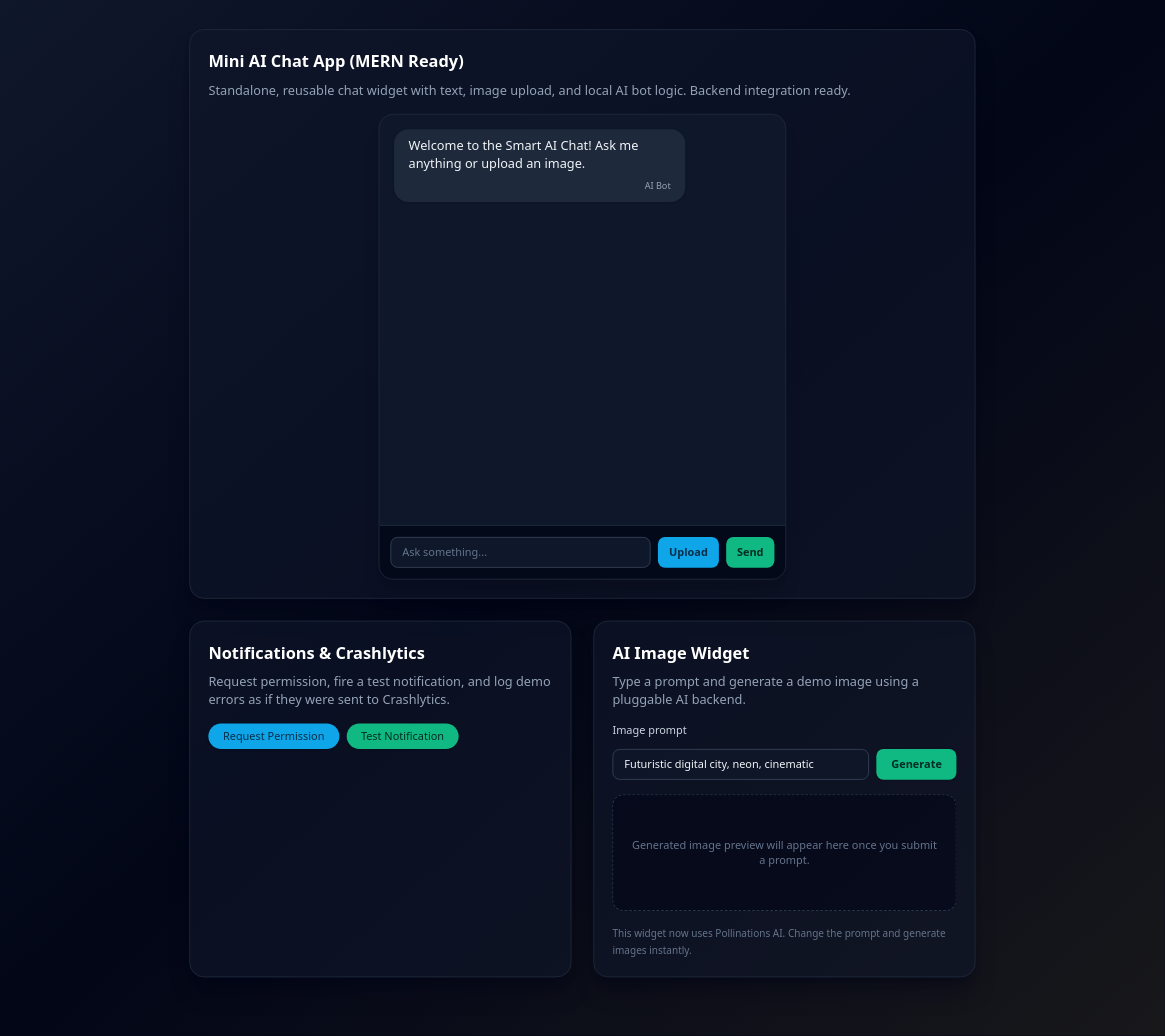
Repository: Akshad03/widget-dashboard
Page: /
The author's editor kept a copy of each file at every save. The page is drawn from the files as they stood at one save, then again after the next save.
The browser window is 1280 px wide. The pictures show the whole page, at 91% of full size.
The project was rebuilt for these pictures with package versions that can differ from the ones it lists, and the page was loaded fresh each time.

Above is the page before, as saved 2025-12-07 20:38:01.

### src/index.css
@tailwind base;
@tailwind components;
@tailwind utilities;

body {
  @apply bg-slate-950 text-slate-50 antialiased;
}

### src/App.js
import React from 'react';
import './App.css';
import NotificationDemo from './components/NotificationDemo';
import AiImageWidget from './components/AiImageWidget';
import ChatWidget from './components/ChatWidget';
import { Toaster } from 'react-hot-toast';   // ← ADD THIS

function App() {
  return (
    <div className="min-h-screen flex items-center justify-center bg-gradient-to-br from-slate-900 via-slate-950 to-zinc-900">
      <Toaster position="top-center" /> {/* ⬅️ NOTIFICATION WILL COME FROM TOP */}

      <div className="max-w-4xl w-full px-4 py-8">
        <div className="grid md:grid-cols-2 gap-6 mb-8">

          <div className="bg-slate-900/60 border border-slate-800 rounded-2xl p-5 shadow-xl shadow-slate-950/40 col-span-2">
            <h2 className="text-lg font-semibold text-white mb-2">Mini AI Chat App (MERN Ready)</h2>
            <p className="text-sm text-slate-400 mb-4">
              Standalone, reusable chat widget with text, image upload, and local AI bot logic. Backend integration ready.
            </p>
            <ChatWidget />
          </div>

          <div className="bg-slate-900/60 border border-slate-800 rounded-2xl p-5 shadow-xl shadow-slate-950/40">
            <h2 className="text-lg font-semibold text-white mb-2">Notifications & Crashlytics</h2>
            <p className="text-sm text-slate-400 mb-4">
              Request permission, fire a test notification, and log demo errors
              as if they were sent to Crashlytics.
            </p>
            <NotificationDemo />
          </div>

          <div className="bg-slate-900/60 border border-slate-800 rounded-2xl p-5 shadow-xl shadow-slate-950/40">
            <h2 className="text-lg font-semibold text-white mb-2">AI Image Widget</h2>
            <p className="text-sm text-slate-400 mb-4">
              Type a prompt and generate a demo image using a pluggable
              AI backend.
            </p>
            <AiImageWidget />
          </div>

        </div>
      </div>
    </div>
  );
}

export default App;

### src/serviceWorkerRegistration.js
// This optional code is used to register a service worker.
// register() is not called by default.

// This lets the app load faster on subsequent visits in production, and gives
// it offline capabilities. However, it also means that developers (and users)
// will only see deployed updates on subsequent visits to a page, after all the
// existing tabs open on the page have been closed, since previously cached
// resources are updated in the background.

// To learn more about the benefits of this model and instructions on how to
// opt-in, read https://cra.link/PWA

const isLocalhost = Boolean(
  window.location.hostname === 'localhost' ||
    // [::1] is the IPv6 localhost address.
    window.location.hostname === '[::1]' ||
    // 127.0.0.0/8 are considered localhost for IPv4.
    window.location.hostname.match(/^127(?:\.(?:25[0-5]|2[0-4][0-9]|[01]?[0-9][0-9]?)){3}$/)
);

export function register(config) {
  if (process.env.NODE_ENV === 'production' && 'serviceWorker' in navigator) {
    // The URL constructor is available in all browsers that support SW.
    const publicUrl = new URL(process.env.PUBLIC_URL, window.location.href);
    if (publicUrl.origin !== window.location.origin) {
      // Our service worker won't work if PUBLIC_URL is on a different origin
      // from what our page is served on. This might happen if a CDN is used to
      // serve assets; see https://github.com/facebook/create-react-app/issues/2374
      return;
    }

    window.addEventListener('load', () => {
      const swUrl = `${process.env.PUBLIC_URL}/service-worker.js`;

      if (isLocalhost) {
        // This is running on localhost. Let's check if a service worker still exists or not.
        checkValidServiceWorker(swUrl, config);

        // Add some additional logging to localhost, pointing developers to the
        // service worker/PWA documentation.
        navigator.serviceWorker.ready.then(() => {
          console.log(
            'This web app is being served cache-first by a service ' +
              'worker. To learn more, visit https://cra.link/PWA'
          );
        });
      } else {
        // Is not localhost. Just register service worker
        registerValidSW(swUrl, config);
      }
    });
  }
}

function registerValidSW(swUrl, config) {
  navigator.serviceWorker
    .register(swUrl)
    .then((registration) => {
      registration.onupdatefound = () => {
        const installingWorker = registration.installing;
        if (installingWorker == null) {
          return;
        }
        installingWorker.onstatechange = () => {
          if (installingWorker.state === 'installed') {
            if (navigator.serviceWorker.controller) {
              // At this point, the updated precached content has been fetched,
              // but the previous service worker will still serve the older
              // content until all client tabs are closed.
              console.log(
                'New content is available and will be used when all ' +
                  'tabs for this page are closed. See https://cra.link/PWA.'
              );

              // Execute callback
              if (config && config.onUpdate) {
                config.onUpdate(registration);
              }
            } else {
              // At this point, everything has been precached.
              // It's the perfect time to display a
              // "Content is cached for offline use." message.
              console.log('Content is cached for offline use.');

              // Execute callback
              if (config && config.onSuccess) {
                config.onSuccess(registration);
              }
            }
          }
        };
      };
    })
    .catch((error) => {
      console.error('Error during service worker registration:', error);
    });
}

function checkValidServiceWorker(swUrl, config) {
  // Check if the service worker can be found. If it can't reload the page.
  fetch(swUrl, {
    headers: { 'Service-Worker': 'script' },
  })
    .then((response) => {
      // Ensure service worker exists, and that we really are getting a JS file.
      const contentType = response.headers.get('content-type');
      if (
        response.status === 404 ||
        (contentType != null && contentType.indexOf('javascript') === -1)
      ) {
        // No service worker found. Probably a different app. Reload the page.
        navigator.serviceWorker.ready.then((registration) => {
          registration.unregister().then(() => {
            window.location.reload();
          });
        });
      } else {
        // Service worker found. Proceed as normal.
        registerValidSW(swUrl, config);
      }
    })
    .catch(() => {
      console.log('No internet connection found. App is running in offline mode.');
    });
}

export function unregister() {
  if ('serviceWorker' in navigator) {
    navigator.serviceWorker.ready
      .then((registration) => {
        registration.unregister();
      })
      .catch((error) => {
        console.error(error.message);
      });
  }
}

### src/components/NotificationDemo.js
import React, { useCallback, useState } from 'react';
import toast from 'react-hot-toast';

function hasNotificationSupport() {
  return typeof window !== 'undefined' && 'Notification' in window;
}

const NotificationDemo = () => {
  const [permission, setPermission] = useState(() => {
    if (!hasNotificationSupport()) return 'unsupported';
    return Notification.permission;
  });

  const requestPermission = useCallback(async () => {
    try {
      const result = await Notification.requestPermission();
      setPermission(result);
      toast(result === "granted" ? "Permission granted" : "Permission denied");
    } catch (error) {
      toast.error("Error requesting notification permission");
    }
  }, []);

  const sendTestNotification = useCallback(() => {
    toast.success("DigitalBuzz Test Notification!");
  }, []);

  return (
    <div className="space-y-4">
      <div className="flex flex-wrap gap-2">
        <button
          type="button"
          onClick={requestPermission}
          className="inline-flex items-center rounded-full bg-sky-500 px-4 py-1.5 text-xs font-medium text-sky-950 shadow hover:bg-sky-400"
        >
          Request Permission
        </button>

        <button
          type="button"
          onClick={sendTestNotification}
          className="inline-flex items-center rounded-full bg-emerald-500 px-4 py-1.5 text-xs font-medium text-emerald-950 shadow hover:bg-emerald-400"
        >
          Test Notification
        </button>
      </div>
    </div>
  );
};

export default NotificationDemo;

### src/components/AiImageWidget.js
import React, { useState } from 'react';

// Pollinations AI image generator
async function generateWithPollinations(prompt) {
  const encodedPrompt = encodeURIComponent(prompt);
  return `https://pollinations.ai/p/${encodedPrompt}`;
}

const AiImageWidget = () => {
  const [prompt, setPrompt] = useState('Futuristic digital city, neon, cinematic');
  const [imageUrl, setImageUrl] = useState(null);
  const [isLoading, setIsLoading] = useState(false);
  const [error, setError] = useState(null);
  const [imageLoaded, setImageLoaded] = useState(false);

  const handleGenerate = async (event) => {
    event.preventDefault();
    setError(null);
    setImageLoaded(false);

    if (!prompt.trim()) {
      setError('Please enter a prompt first.');
      return;
    }

    try {
      setIsLoading(true);
      const url = await generateWithPollinations(prompt.trim());
      setImageUrl(url);
    } catch (err) {
      setError('Failed to generate image. Try again.');
    } finally {
      setIsLoading(false);
    }
  };

  return (
    <div className="space-y-4">
      <form onSubmit={handleGenerate} className="space-y-3">
        <label className="block text-xs font-medium text-slate-300" htmlFor="prompt">
          Image prompt
        </label>
        <div className="flex flex-col sm:flex-row gap-2">
          <input
            id="prompt"
            type="text"
            className="flex-1 rounded-lg border border-slate-700 bg-slate-900/80 px-3 py-2 text-xs text-slate-100 placeholder:text-slate-500 focus:outline-none focus:ring-2 focus:ring-emerald-500/70 focus:border-transparent"
            placeholder="Describe what you want to see..."
            value={prompt}
            onChange={(e) => setPrompt(e.target.value)}
          />
          <button
            type="submit"
            disabled={isLoading}
            className="inline-flex items-center justify-center rounded-lg bg-emerald-500 px-4 py-2 text-xs font-semibold text-emerald-950 shadow hover:bg-emerald-400 disabled:opacity-60 disabled:cursor-not-allowed transition-colors"
          >
            {isLoading ? 'Generating...' : 'Generate'}
          </button>
        </div>
      </form>

      {error && (
        <p className="text-xs text-rose-400">{error}</p>
      )}

      <div className="relative rounded-xl border border-dashed border-slate-700/80 bg-slate-950/60 flex items-center justify-center min-h-[8rem] overflow-hidden">
        {isLoading && (
          <div className="absolute inset-0 flex items-center justify-center bg-slate-900/50 z-10">
            <div className="loader border-t-2 border-b-2 border-emerald-500 w-8 h-8 rounded-full animate-spin"></div>
          </div>
        )}

        {imageUrl ? (
          <img
            src={imageUrl}
            alt={prompt}
            loading="lazy"
            onLoad={() => setImageLoaded(true)}
            className={`w-full h-full object-cover transition-opacity duration-500 ${imageLoaded ? 'opacity-100' : 'opacity-0'}`}
          />
        ) : (
          <p className="text-xs text-slate-500 px-4 text-center">
            Generated image preview will appear here once you submit a prompt.
          </p>
        )}
      </div>

      <p className="text-[11px] leading-relaxed text-slate-500">
        This widget now uses Pollinations AI. Change the prompt and generate images instantly.
      </p>

      {/* Loader CSS */}
      <style>
        {`
          .loader {
            border-left-color: transparent;
            border-right-color: transparent;
          }
        `}
      </style>
    </div>
  );
};

export default AiImageWidget;

Loaded but not shown: public/index.html (common file); src/index.js (common file); src/reportWebVitals.js (common file); src/App.css (common file); tailwind.config.js (common file); src/components/ChatWidget.js (191 lines, source omitted)

After the next save:
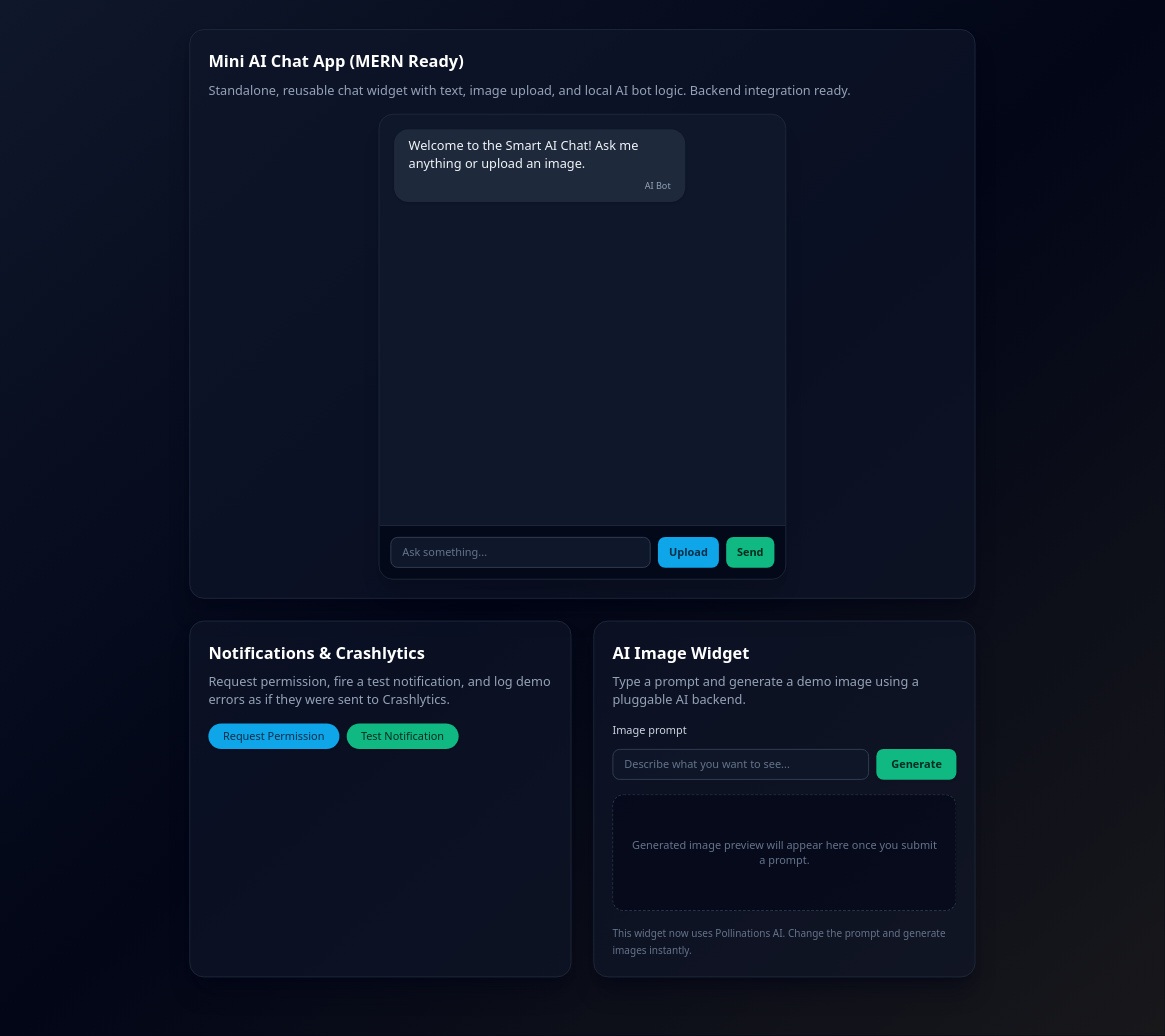
Saved 20 min 35 s later.
--- a/src/components/AiImageWidget.js
+++ b/src/components/AiImageWidget.js
@@ -7,7 +7,7 @@
 }
 
 const AiImageWidget = () => {
-  const [prompt, setPrompt] = useState('Futuristic digital city, neon, cinematic');
+  const [prompt, setPrompt] = useState('');
   const [imageUrl, setImageUrl] = useState(null);
   const [isLoading, setIsLoading] = useState(false);
   const [error, setError] = useState(null);

After the save that followed:
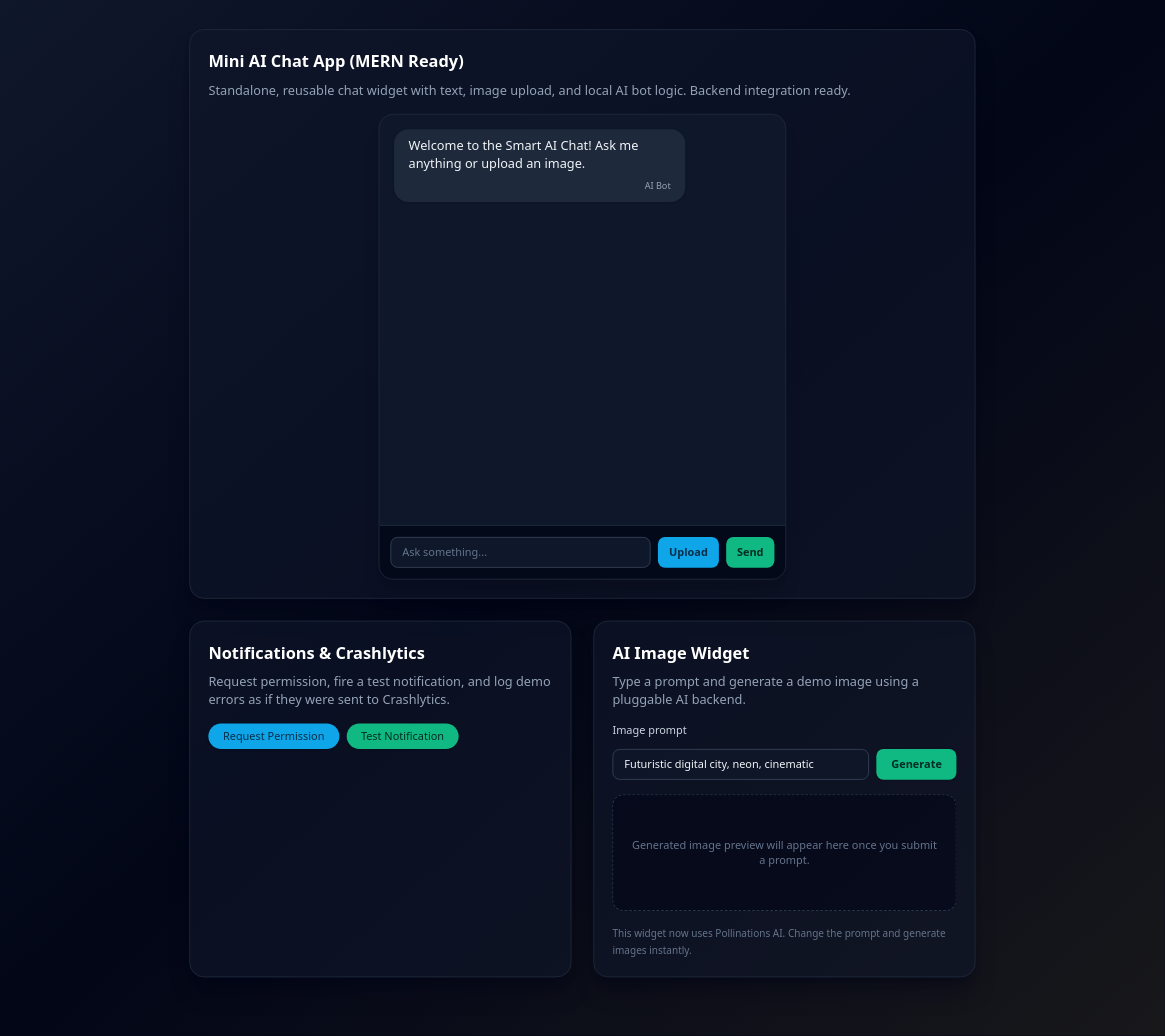
Saved 88 s later.
--- a/src/components/AiImageWidget.js
+++ b/src/components/AiImageWidget.js
@@ -7,7 +7,7 @@
 }
 
 const AiImageWidget = () => {
-  const [prompt, setPrompt] = useState('');
+  const [prompt, setPrompt] = useState('Futuristic digital city, neon, cinematic');
   const [imageUrl, setImageUrl] = useState(null);
   const [isLoading, setIsLoading] = useState(false);
   const [error, setError] = useState(null);
@@ -65,12 +65,17 @@
 
       <div className="relative rounded-xl border border-dashed border-slate-700/80 bg-slate-950/60 flex items-center justify-center min-h-[8rem] overflow-hidden">
         {isLoading && (
-          <div className="absolute inset-0 flex items-center justify-center bg-slate-900/50 z-10">
-            <div className="loader border-t-2 border-b-2 border-emerald-500 w-8 h-8 rounded-full animate-spin"></div>
+          <div className="absolute inset-0 flex items-center justify-center z-10 bg-slate-900/50">
+            {/* Animated dots loader */}
+            <div className="flex space-x-1">
+              <span className="w-2 h-2 bg-emerald-500 rounded-full animate-bounce delay-150"></span>
+              <span className="w-2 h-2 bg-emerald-500 rounded-full animate-bounce delay-300"></span>
+              <span className="w-2 h-2 bg-emerald-500 rounded-full animate-bounce delay-450"></span>
+            </div>
           </div>
         )}
 
-        {imageUrl ? (
+        {imageUrl && (
           <img
             src={imageUrl}
             alt={prompt}
@@ -78,7 +83,9 @@
             onLoad={() => setImageLoaded(true)}
             className={`w-full h-full object-cover transition-opacity duration-500 ${imageLoaded ? 'opacity-100' : 'opacity-0'}`}
           />
-        ) : (
+        )}
+
+        {!imageUrl && !isLoading && (
           <p className="text-xs text-slate-500 px-4 text-center">
             Generated image preview will appear here once you submit a prompt.
           </p>
@@ -89,13 +96,12 @@
         This widget now uses Pollinations AI. Change the prompt and generate images instantly.
       </p>
 
-      {/* Loader CSS */}
+      {/* Tailwind custom animation for delay */}
       <style>
         {`
-          .loader {
-            border-left-color: transparent;
-            border-right-color: transparent;
-          }
+          .delay-150 { animation-delay: 0.15s; }
+          .delay-300 { animation-delay: 0.3s; }
+          .delay-450 { animation-delay: 0.45s; }
         `}
       </style>
     </div>
